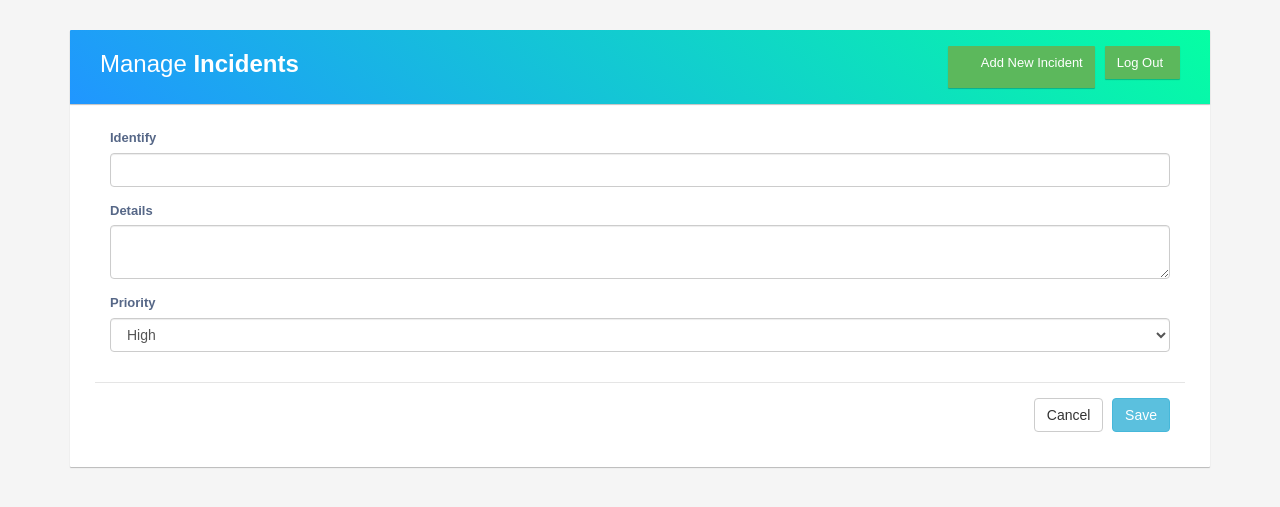
Repository: me-rohit-harsh/incident-management-system
Page: http://localhost/incedentList
These files come from the project's save history. The page is drawn as it stood at one moment and after the next save; the edit follows.
The browser window is 1280 px wide. The pictures show the whole page.
Some web fonts or font styles are not loaded; a fallback is used. The page is this project's Thymeleaf template; nobody is signed in. The template is opened directly, without the code that normally fills it, so the values that code supplies are empty.

Above is the page before, as saved 2024-05-05 08:42:34.

### incident/src/main/resources/templates/incedentList.html
<!DOCTYPE html>
<html lang="en">

<head>
<meta charset="utf-8" />
<meta http-equiv="X-UA-Compatible" content="IE=edge" />
<meta name="viewport" content="width=device-width, initial-scale=1" />
<title>Incidents Dashboard</title>
<link rel="stylesheet"
	href="https://fonts.googleapis.com/css?family=Roboto|Varela+Round" />
<link rel="stylesheet"
	href="https://fonts.googleapis.com/icon?family=Material+Icons" />
<link rel="stylesheet"
	href="https://maxcdn.bootstrapcdn.com/font-awesome/4.7.0/css/font-awesome.min.css" />
<link rel="stylesheet"
	href="https://maxcdn.bootstrapcdn.com/bootstrap/3.3.7/css/bootstrap.min.css" />
<script
	src="https://ajax.googleapis.com/ajax/libs/jquery/1.12.4/jquery.min.js"></script>
<script
	src="https://maxcdn.bootstrapcdn.com/bootstrap/3.3.7/js/bootstrap.min.js"></script>
<link th:href="@{/css/style.css}" rel="stylesheet">


</head>

<body>
	<div class="container">
		<div th:if="${message}" class="alert" th:classappend="${alertClass}">
			<p th:text="${message}"></p>
		</div>
		<div class="table-wrapper">
			<div class="table-title">
				<div class="row">
					<div class="col-sm-6">
						<h2>
							Manage <b>Incidents</b>
						</h2>
					</div>
					<div class="col-sm-6">
						<form th:action="@{/logout}" method="post">
							<button type="submit" class="btn btn-success">
								<i class="fa-solid fa-right-from-bracket"></i> <span>Log
									Out</span>
							</button>
						</form>

						<a href="#addEmployeeModal" class="btn btn-success"
							data-toggle="modal"><i class="material-icons">&#xE147;</i> <span>Add
								New Incident</span></a>

					</div>
				</div>
			</div>
			<!-- Edit Modal HTML -->

			<form th:action="@{/editIncident}" th:object="${incident}"
				method="post">
				<!-- <div class="modal-header">
					<h4 class="modal-title">

					</h4>
				</div> -->
				<div class="modal-body">
					<input type="hidden" name="id" />
					<div class="form-group">
						<label>Identify</label> <input type="text" class="form-control"
							name="identify" required  />
					</div>
					<div class="form-group">
						<label>Details</label>
						<textarea class="form-control" name="details" required
						></textarea>
					</div>
					<div class="form-group">
						<label>Priority</label> <select class="form-control"
							name="priority">
							<option value="High">High</option>
							<option value="Medium">Medium</option>
							<option value="Low">Low</option>
						</select>
					</div>
				</div>
				<div class="modal-footer">
					<button type="button" class="btn btn-default" data-dismiss="modal">Cancel</button>
					<button type="submit" class="btn btn-info">Save</button>
				</div>
			</form>






		</div>
	</div>
	<!-- Edit Modal HTML -->
	<div id="addEmployeeModal" class="modal fade">
		<div class="modal-dialog">
			<div class="modal-content">
				<form th:action="@{/addIncident}" th:object="${incident}"
					method="post">
					<div class="modal-header">
						<h4 class="modal-title">Add Incidents</h4>
						<button type="button" class="close" data-dismiss="modal"
							aria-hidden="true">&times;</button>
					</div>
					<div class="modal-body">
						<div class="form-group">
							<label>Details</label>
							<textarea class="form-control" required name="details"></textarea>
						</div>
						<div class="form-group">
							<label>Identify</label> <select class="form-control"
								id="identity" name="identify">
								<option value="Enterprise">Enterprise</option>
								<option value="Government">Government</option>
							</select>
						</div>
						<div class="form-group">
							<label>Priority</label> <select class="form-control"
								id="identity" name="priority">
								<option value="High">High</option>
								<option value="Medium">Medium</option>
								<option value="Low">Low</option>
							</select>
						</div>

					</div>
					<div class="modal-footer">
						<input type="button" class="btn btn-default" data-dismiss="modal"
							value="Cancel" /> <input type="submit" class="btn btn-success"
							value="Add" />
					</div>
				</form>
			</div>
		</div>
	</div>

</body>

</html>

### incident/src/main/resources/static/css/style.css


        body {
            color: #566787;
            background: #f5f5f5;
            font-family: "Varela Round", sans-serif;
            font-size: 13px;
        }

        .table-wrapper {
            background: #fff;
            padding: 20px 25px;
            margin: 30px 0;
            border-radius: 1px;
            box-shadow: 0 1px 1px rgba(0, 0, 0, 0.247);
        }

        .table-title {
            padding-bottom: 15px;
            background: linear-gradient(40deg, #2096ff, #05ffa3) !important;
            color: #fff;
            padding: 16px 30px;
            margin: -20px -25px 10px;
            border-radius: 1px 1px 0 0;
            box-shadow: 0 1px 1px rgba(0, 0, 0, 0.247);
        }

        .table-title h2 {
            margin: 5px 0 0;
            font-size: 24px;
        }

        .table-title .btn-group {
            float: right;
        }

        .table-title .btn {
            color: #fff;
            float: right;
            font-size: 13px;
            border: none;
            min-width: 50px;
            border-radius: 1px;
            border: none;
            outline: none !important;
            margin-left: 10px;
            box-shadow: 0 1px 1px rgba(0, 0, 0, 0.247);
        }

        .table-title .btn i {
            float: left;
            font-size: 21px;
            margin-right: 5px;
        }

        .table-title .btn span {
            float: left;
            margin-top: 2px;
        }

        table.table tr th,
        table.table tr td {
            border-color: #e9e9e9;
            padding: 12px 15px;
            vertical-align: middle;
        }

        table.table tr th:first-child {
            width: 60px;
        }

        table.table tr th:last-child {
            width: 100px;
        }

        table.table-striped tbody tr:nth-of-type(odd) {
            background-color: #fcfcfc;
        }

        table.table-striped.table-hover tbody tr:hover {
            background: #f5f5f5;
        }

        table.table th i {
            font-size: 13px;
            margin: 0 5px;
            cursor: pointer;
        }

        table.table td:last-child i {
            opacity: 0.9;
            font-size: 22px;
            margin: 0 5px;
        }

        table.table td a {
            font-weight: bold;
            color: #566787;
            display: inline-block;
            text-decoration: none;
            outline: none !important;
        }

        table.table td a:hover {
            color: #2196f3;
        }

        table.table td a.edit {
            color: #ffc107;
        }

        table.table td a.delete {
            color: #f44336;
        }

        table.table td i {
            font-size: 19px;
        }

        table.table .avatar {
            border-radius: 1px;
            vertical-align: middle;
            margin-right: 10px;
        }

        .pagination {
            float: right;
            margin: 0 0 5px;
        }

        .pagination li a {
            border: none;
            font-size: 13px;
            min-width: 30px;
            min-height: 30px;
            color: #999;
            margin: 0 2px;
            line-height: 30px;
            border-radius: 1px !important;
            text-align: center;
            padding: 0 6px;
        }

        .pagination li a:hover {
            color: #666;
        }

        .pagination li.active a,
        .pagination li.active a.page-link {
            background: #03a9f4;
        }

        .pagination li.active a:hover {
            background: #0397d6;
        }

        .pagination li.disabled i {
            color: #ccc;
        }

        .pagination li i {
            font-size: 16px;
            padding-top: 6px;
        }

        .hint-text {
            float: left;
            margin-top: 10px;
            font-size: 13px;
        }

        /* Custom checkbox */
        .custom-checkbox {
            position: relative;
        }

        .custom-checkbox input[type="checkbox"] {
            opacity: 0;
            position: absolute;
            margin: 5px 0 0 3px;
            z-index: 9;
        }

        .custom-checkbox label:before {
            width: 18px;
            height: 18px;
        }

        .custom-checkbox label:before {
            content: "";
            margin-right: 10px;
            display: inline-block;
            vertical-align: text-top;
            background: white;
            border: 1px solid #bbb;
            border-radius: 1px;
            box-sizing: border-box;
            z-index: 2;
        }

        .custom-checkbox input[type="checkbox"]:checked+label:after {
            content: "";
            position: absolute;
            left: 6px;
            top: 3px;
            width: 6px;
            height: 11px;
            border: solid #000;
            border-width: 0 3px 3px 0;
            transform: inherit;
            z-index: 3;
            transform: rotateZ(45deg);
        }

        .custom-checkbox input[type="checkbox"]:checked+label:before {
            border-color: #03a9f4;
            background: #03a9f4;
        }

        .custom-checkbox input[type="checkbox"]:checked+label:after {
            border-color: #fff;
        }

        .custom-checkbox input[type="checkbox"]:disabled+label:before {
            color: #b8b8b8;
            cursor: auto;
            box-shadow: none;
            background: #ddd;
        }

        /* Modal styles */
        .modal .modal-dialog {
            max-width: 400px;
        }

        .modal .modal-header,
        .modal .modal-body,
        .modal .modal-footer {
            padding: 20px 30px;
        }

        .modal .modal-content {
            border-radius: 1px;
        }

        .modal .modal-footer {
            background: #ecf0f1;
            border-radius: 0 0 1px 1px;
        }

        .modal .modal-title {
            display: inline-block;
        }

        .modal .form-control {
            border-radius: 1px;
            box-shadow: none;
            border-color: #dddddd;
        }

        .modal textarea.form-control {
            resize: vertical;
        }

        .modal .btn {
            border-radius: 1px;
            min-width: 100px;
        }

        .modal form label {
            font-weight: normal;
        }

After the next save:
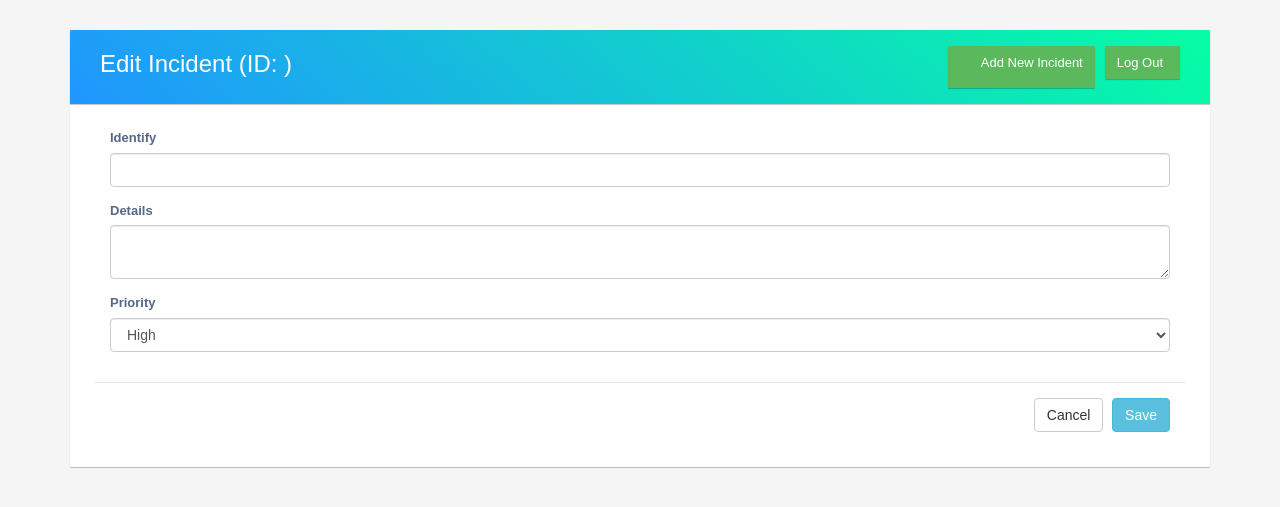
Saved 6 s later.
--- a/incident/src/main/resources/templates/incedentList.html
+++ b/incident/src/main/resources/templates/incedentList.html
@@ -33,7 +33,7 @@
 				<div class="row">
 					<div class="col-sm-6">
 						<h2>
-							Manage <b>Incidents</b>
+							Edit Incident (ID: <b ></b>)
 						</h2>
 					</div>
 					<div class="col-sm-6">
